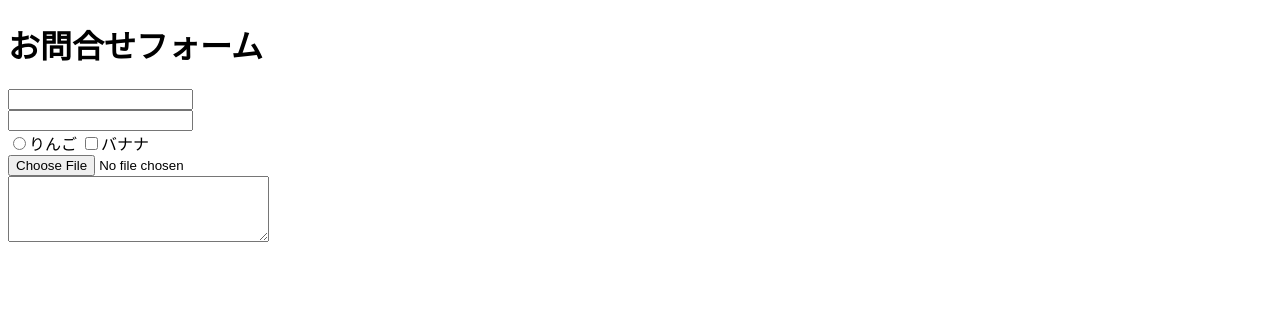
Repository: Jutta197/frontend726
Page: form.html
The author's editor kept a copy of each file at every save. The page is drawn from the files as they stood at one save, then again after the next save.
The browser window is 1280 px wide. The pictures show the whole page.

Above is the page before, as saved 2023-07-27 14:47:31.

### form.html
<!DOCTYPE html>
<html lang="en">

<head>
    <meta charset="UTF-8">
    <meta name="viewport" content="width=device-width, initial-scale=1.0">
    <title>Document</title>
</head>

<body>
    <h1>お問合せフォーム</h1>
    <form action="">
        <input type="text"><br>
        <input type="password"><br>
        <input type="radio">りんご
        <input type="checkbox">バナナ<br>
        <input type="file"><br>
        <textarea name="" id="" cols="30" rows="4"></textarea>



    </form>


</body>

</html>

After the next save:
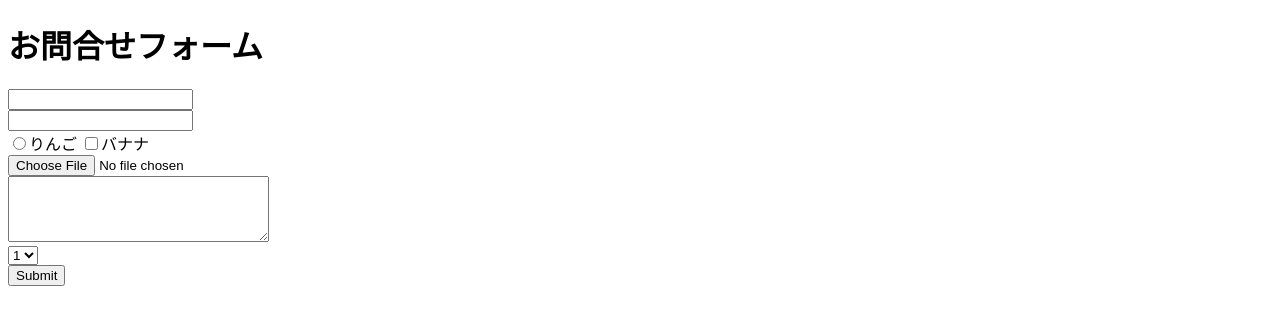
Saved 4 min 22 s later.
--- a/form.html
+++ b/form.html
@@ -15,8 +15,14 @@
         <input type="radio">りんご
         <input type="checkbox">バナナ<br>
         <input type="file"><br>
-        <textarea name="" id="" cols="30" rows="4"></textarea>
+        <textarea name="" id="" cols="30" rows="4"></textarea><br>
+        <select name="" id="">
+            <option value="">1</option>
+            <option value="">2</option>
+            <option value="">3</option>
+        </select><br>
 
+        <input type="submit">
 
 
     </form>
